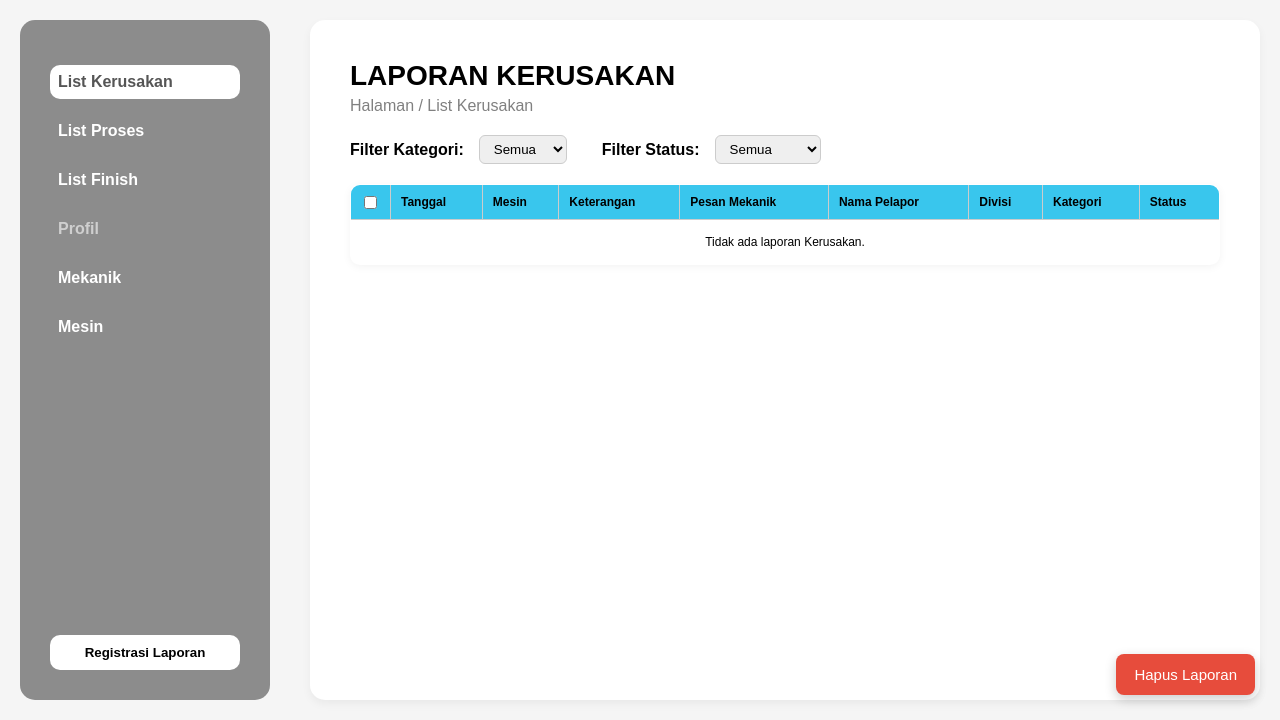
Repository: 1rHub/maintenance
Page: http://localhost/dashboard_laporan.php
These files come from the project's save history. The page is drawn as it stood at one moment and after the next save; the edit follows.
The browser window is 1280 px wide. The pictures show the whole page.
The page is run by PHP 8.4 with error messages shown; the project is at /var/www/html/. Queries for data that is not in the repository find no rows.

Above is the page before, as saved 2025-10-22 15:18:10.

After the next save:
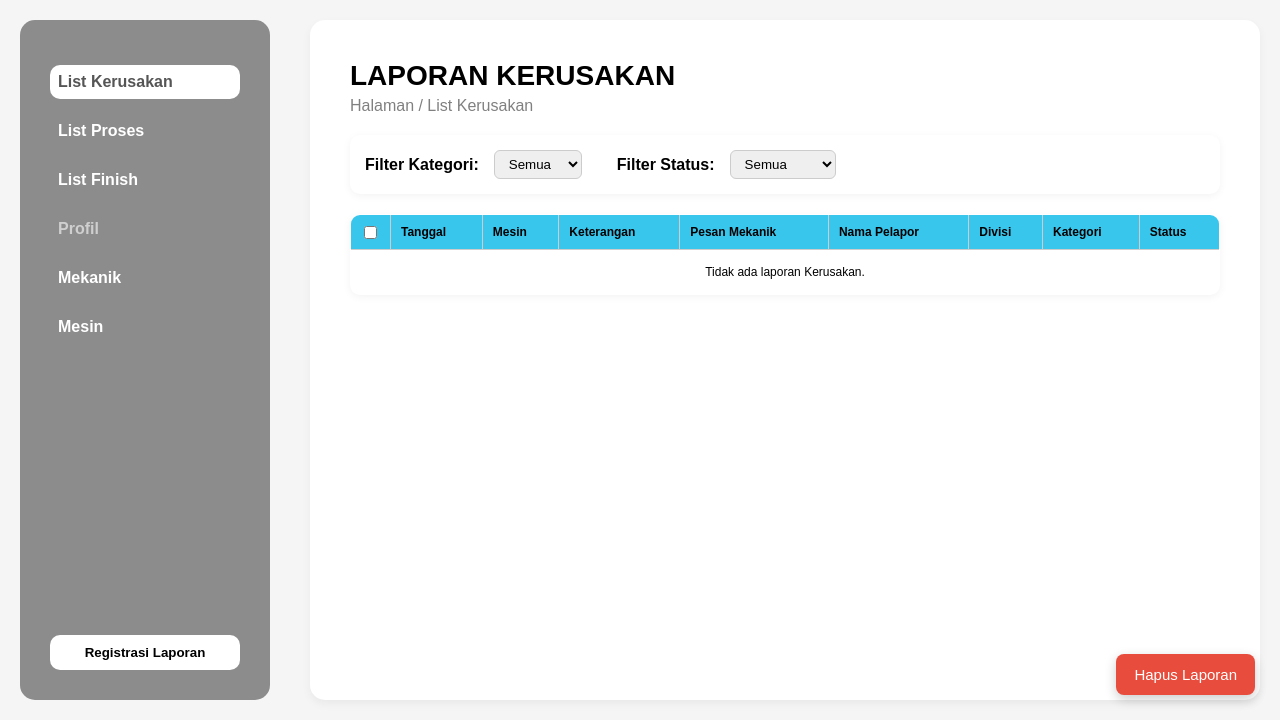
Saved 13 s later.
--- a/assets/css/style.css
+++ b/assets/css/style.css
@@ -206,6 +206,10 @@ td {
 	gap: 15px;
 	margin-top: 20px;
 	margin-bottom: 15px;
+	background: #fff; /* putih */
+	padding: 15px;
+	border-radius: 10px;
+	box-shadow: 0 2px 8px rgba(0, 0, 0, 0.05);
 }
 
 .filter label {
